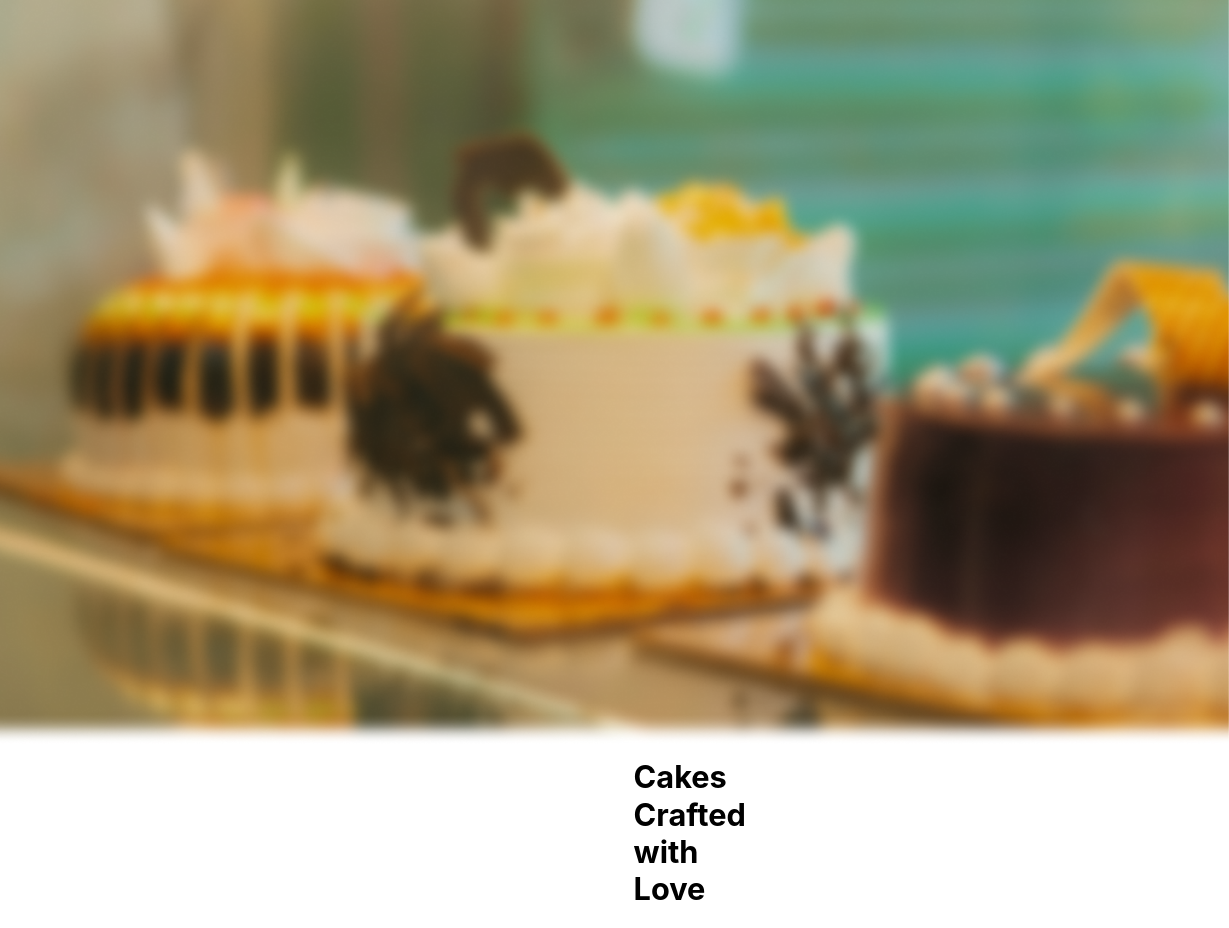
Repository: MEROO1010/cake-box-website
Page: / (app in Cake_box/cake_website/cake_frontend/)
An editor plug-in stored every save of this project. The page is shown before and after the next save, followed by the edit.
The browser window is 1280 px wide. The pictures show the whole page, at 96% of full size.
The project was rebuilt for these pictures with package versions that can differ from the ones it lists, and the page was loaded fresh each time.

Above is the page before, as saved 2024-10-22 11:50:50.

After the next save:
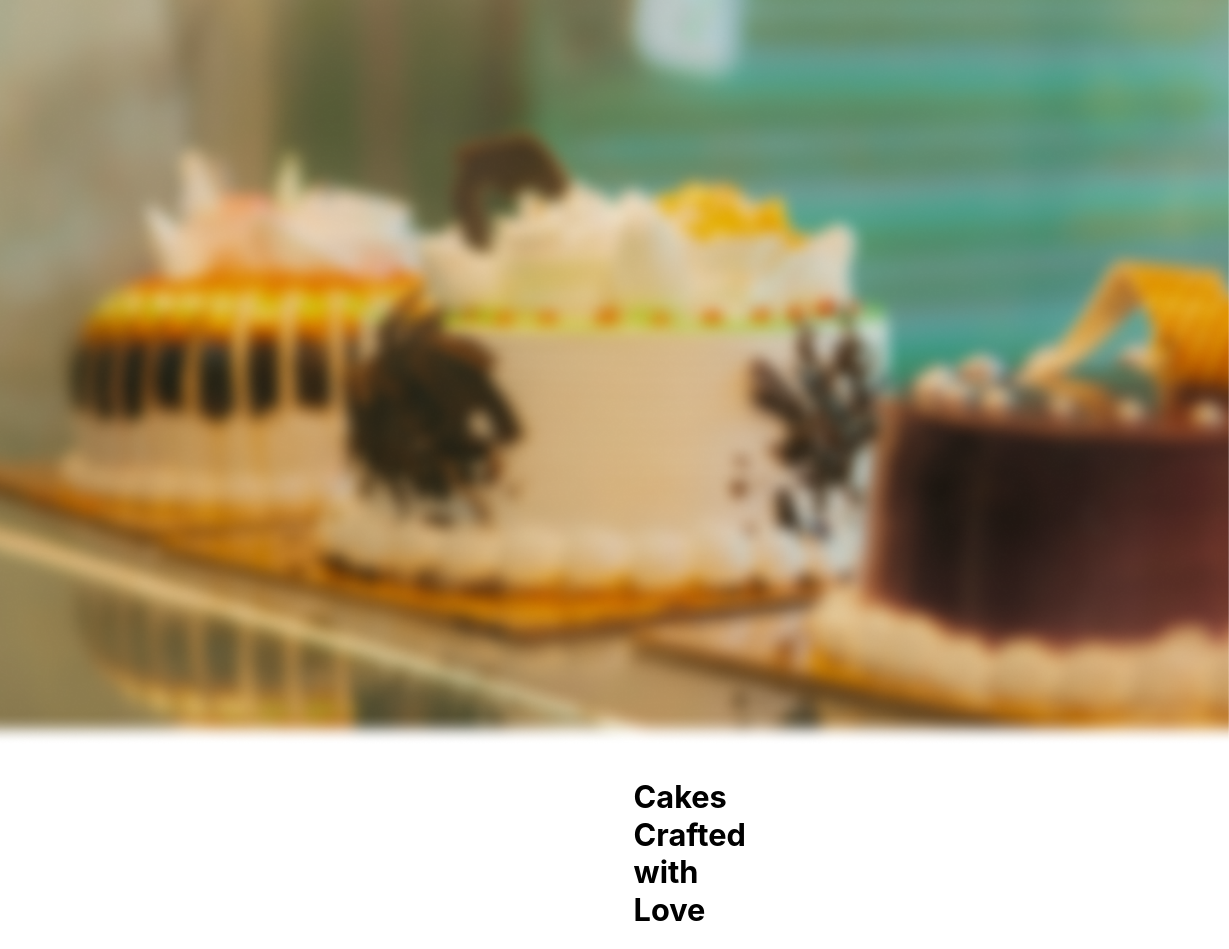
Saved 9 s later.
--- a/Cake_box/cake_website/cake_frontend/src/components/HomePage/Homepage.jsx
+++ b/Cake_box/cake_website/cake_frontend/src/components/HomePage/Homepage.jsx
@@ -25,7 +25,7 @@ const Container = styled.div `
    h1{
     color:black;
     margin-left:660px;
-    margin-top:10px;
+    padding-top:10px;
    }
 
   `
